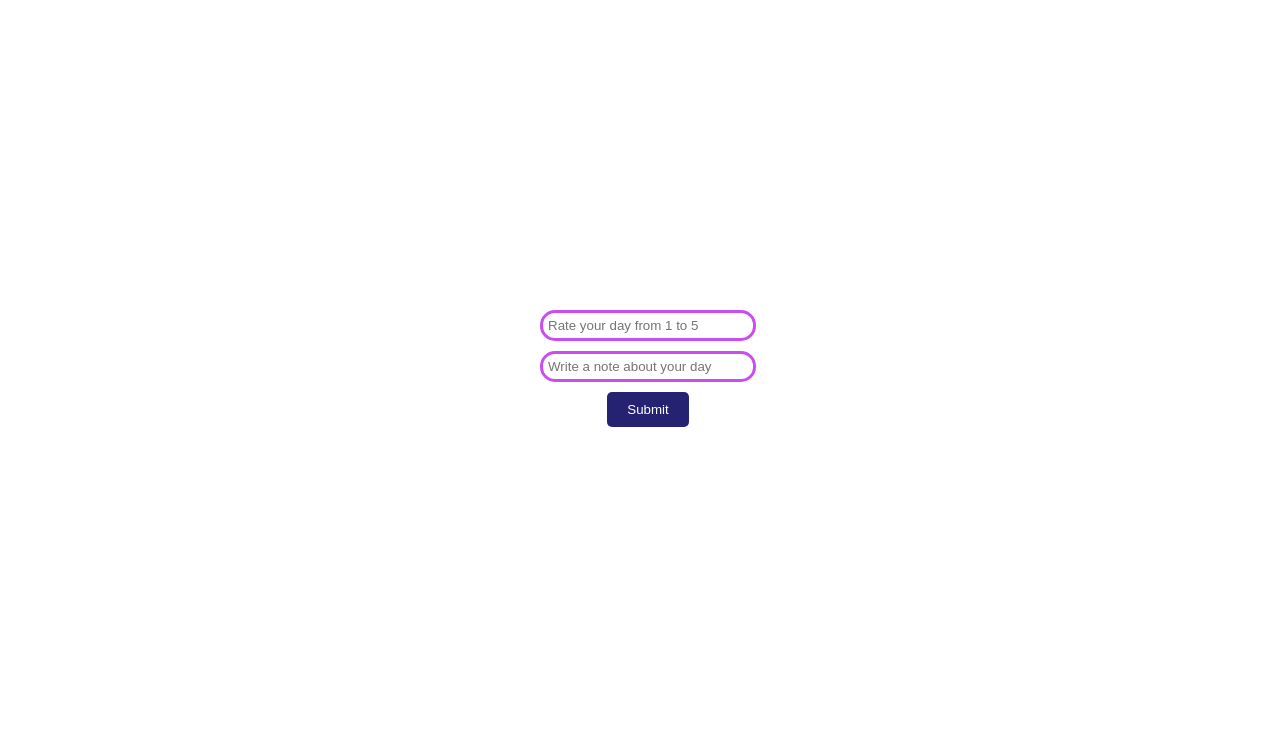
Repository: elenav24/RateMyDay
Page: frontend/index.html
An editor plug-in stored every save of this project. The page is shown before and after the next save, followed by the edit.
The browser window is 1280 px wide. The page is 1288 px wide, so the pictures cover 1288 px, including what lies to the right of the window. The pictures show the whole page.

Above is the page before, as saved 2025-05-15 01:24:23.

After the next save:
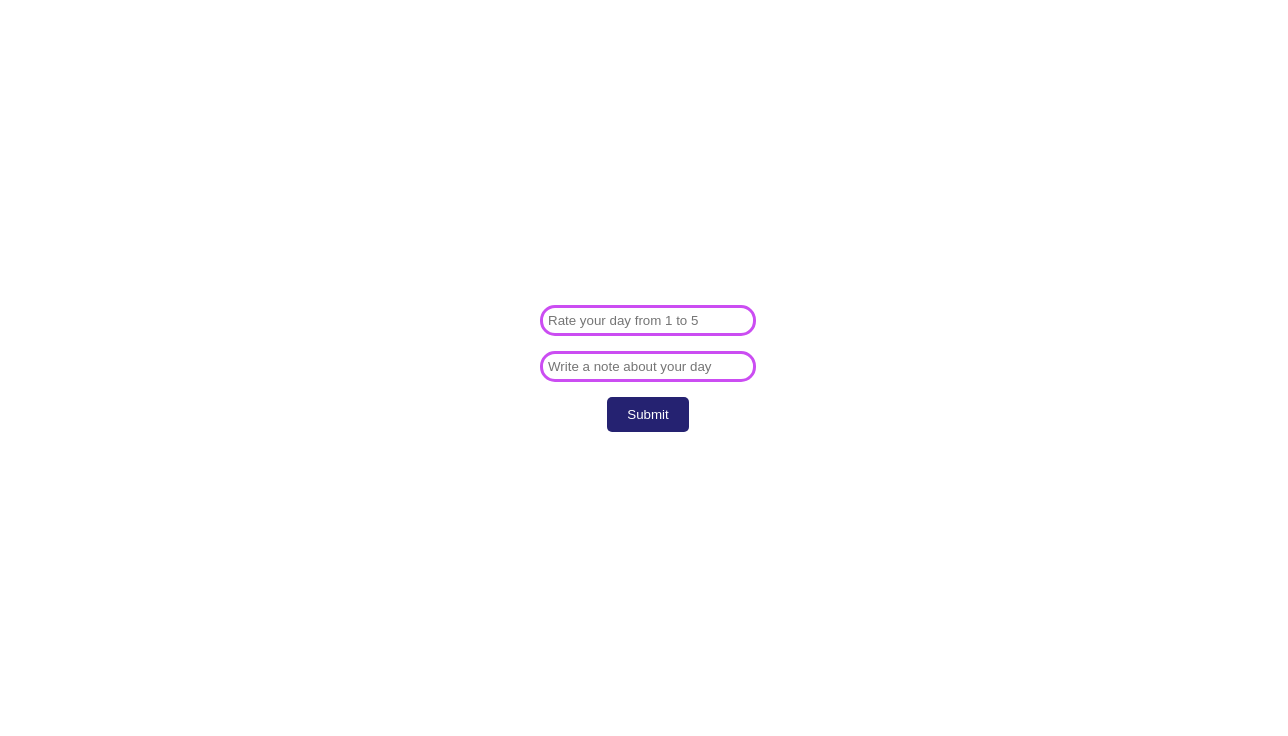
Saved 9 s later.
--- a/frontend/style.css
+++ b/frontend/style.css
@@ -12,7 +12,7 @@
     border-radius: 15px;
     width: 200px;
     padding: 5px;
-    margin-bottom: 10px;
+    margin-bottom: 15px;
 }
 
 #submit {
